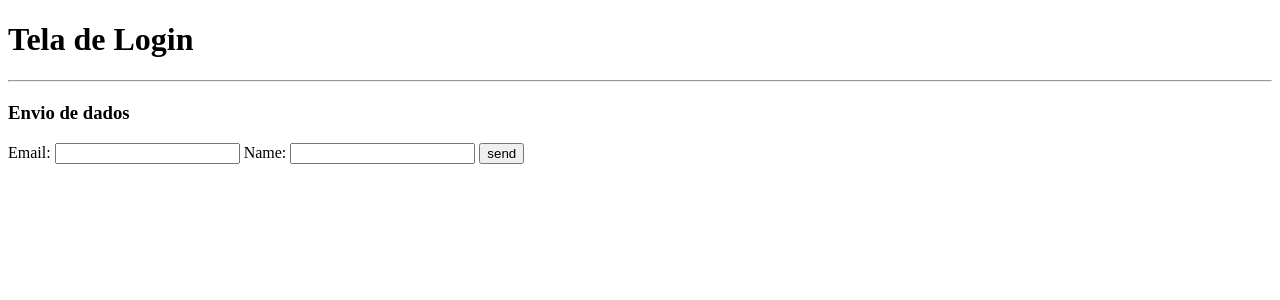
Repository: MarcioFreitasUFSC21/FrontEnd-part-1
Page: index.html
The author's editor kept a copy of each file at every save. The page is drawn from the files as they stood at one save, then again after the next save.
The browser window is 1280 px wide. The pictures show the whole page.

Above is the page before, as saved 2023-04-22 19:19:15.

After the next save:
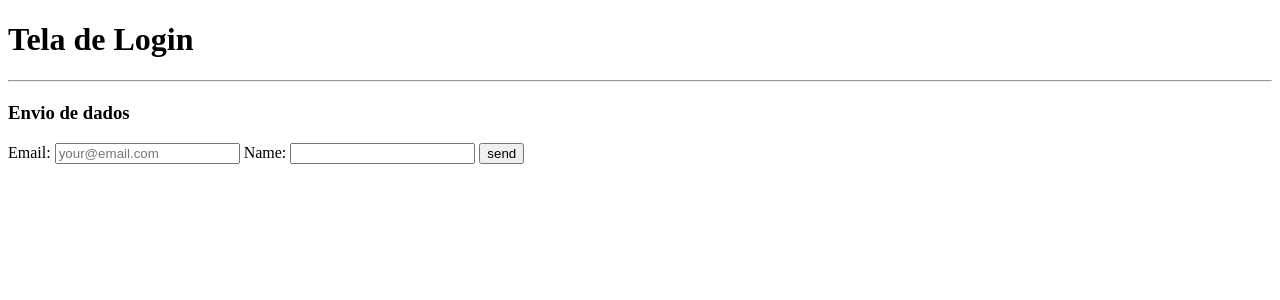
Saved 6 s later.
--- a/index.html
+++ b/index.html
@@ -13,7 +13,7 @@
         <div>
             <h2>
                 <h3> Envio de dados</h3>
-                <label type = "email"> Email: </label> <input type = "email" placeholder="" ></input>
+                <label type = "email"> Email: </label> <input type = "email" placeholder="your@email.com" ></input>
                 <label type = "text"> Name: </label> <input type = "text" ></input>
                 <button type = "submit" action = "save"> send</button>
             </h2>
